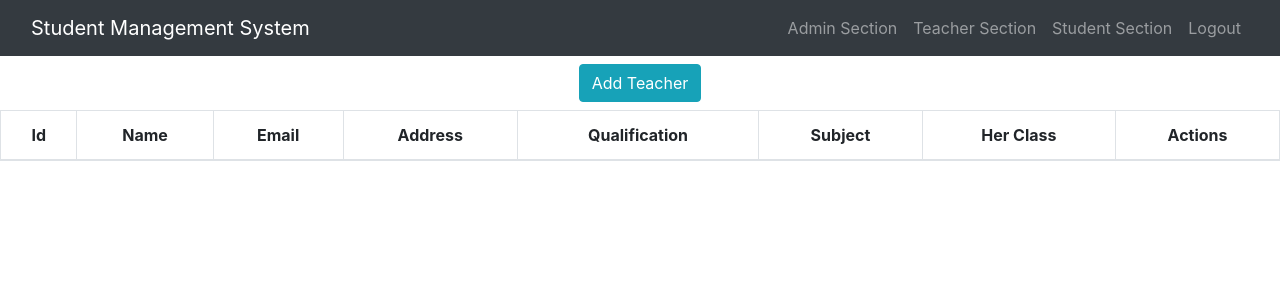
Repository: arupmaji404/StudentManagementSystem
Page: http://localhost/admin/teachercontrol
These files come from the project's save history. The page is drawn as it stood at one moment and after the next save; the edit follows.
The browser window is 1280 px wide. The pictures show the whole page.
The page is this project's Thymeleaf template; nobody is signed in. The template is opened directly, without the code that normally fills it, so the values that code supplies are empty.

Above is the page before, as saved 2022-09-20 16:54:29.

### StudentManagementSystem/src/main/resources/templates/admin/teachercontrol.html

<!DOCTYPE html>
<html lang="en" xmlns:th="http://www.thymeleaf.org">
<head>
<meta charset="ISO-8859-1">
<title>All Teachers</title>
<link rel="stylesheet"
	href="https://stackpath.bootstrapcdn.com/bootstrap/4.1.3/css/bootstrap.min.css"
	integrity="sha384-MCw98/SFnGE8fJT3GXwEOngsV7Zt27NXFoaoApmYm81iuXoPkFOJwJ8ERdknLPMO"
	crossorigin="anonymous">
</head>
<body>
	<div th:insert="navbar :: navbar"></div>
	<div class="text-center m-2">

		<a th:href="@{/admin/addTeacherForm}" class="btn btn-info">Add Teacher</a>
	</div>


	<table class="table table-bordered table-striped text-center">
		<thead>
			<tr>
				<th>Id</th>
				<th>Name</th>
				<th>Email</th>
				<th>Address</th>
				<th>Qualification</th>
				<th>Subject</th>
				<th>Her Class</th>
				<th>Actions</th>
			</tr>
		</thead>
		<tbody>
			<tr th:if="${teachers.empty}">
				<td colspan="8">No Teachers Available</td>
			</tr>
			<tr th:each="teacher : ${teachers}">
				<td><span th:text="${teacher.id}"> Id </span></td>
				<td><span th:text="${teacher.name}"> Name </span></td>
				<td><span th:text="${teacher.email}"> Email </span></td>
				<td><span th:text="${teacher.address}"> Address </span></td>
				<td><span th:text="${teacher.qualification}"> Qualification </span></td>
				<td><span th:text="${teacher.subject}"> Subject </span></td>
				<td><span th:text="${teacher.herClass}"> Her Class </span></td>


				<td>
				<a th:href="@{/admin/showTeacherUpdateForm(teacherId=${teacher.id})}"
					class="btn btn-info">Update</a> <a
					th:href="@{/admin/deleteTeacher(teacherId=${teacher.id})}"
					class="btn btn-danger m1-2">Delete</a></td>
			</tr>
		</tbody>
	</table>
</body>
</html>

### StudentManagementSystem/src/main/resources/templates/navbar.html
<!DOCTYPE html>
<html xmlns:th="http://www.thymeleaf.org">
<head>
    <meta charset="UTF-8">
    <title>Admin Navigation Bar</title>

</head>
<body>

<nav th:fragment="navbar" class="navbar navbar-expand-md bg-dark navbar-dark">
    <div class="container-fluid">
        <div class="navbar-header">
            <a class="navbar-brand" th:href="@{/admin/adminIndex}">Student Management System</a>
        </div>
        <ul class="nav navbar-nav">
            <li><a class="nav-link" th:href="@{/admin/admin-control}">Admin Section</a></li>

            <li><a class="nav-link" th:href="@{/admin/teacher-control}">Teacher Section</a></li>

            <li><a class="nav-link" th:href="@{/admin/student-control}">Student Section</a></li>

        	<li><a class="nav-link" th:href="@{/logout}">Logout</a></li>
        </ul>
    </div>
</nav>

</body>
</html>

After the next save:
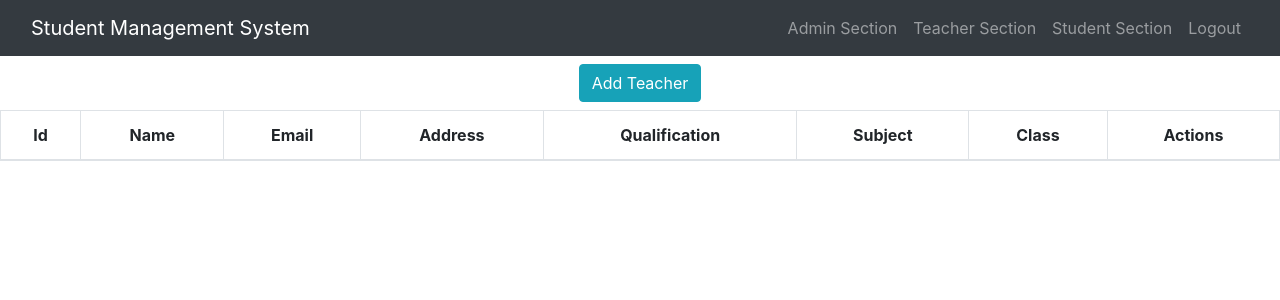
Saved 2 min 0 s later.
--- a/StudentManagementSystem/src/main/resources/templates/admin/teachercontrol.html
+++ b/StudentManagementSystem/src/main/resources/templates/admin/teachercontrol.html
@@ -26,7 +26,7 @@
 				<th>Address</th>
 				<th>Qualification</th>
 				<th>Subject</th>
-				<th>Her Class</th>
+				<th>Class</th>
 				<th>Actions</th>
 			</tr>
 		</thead>
